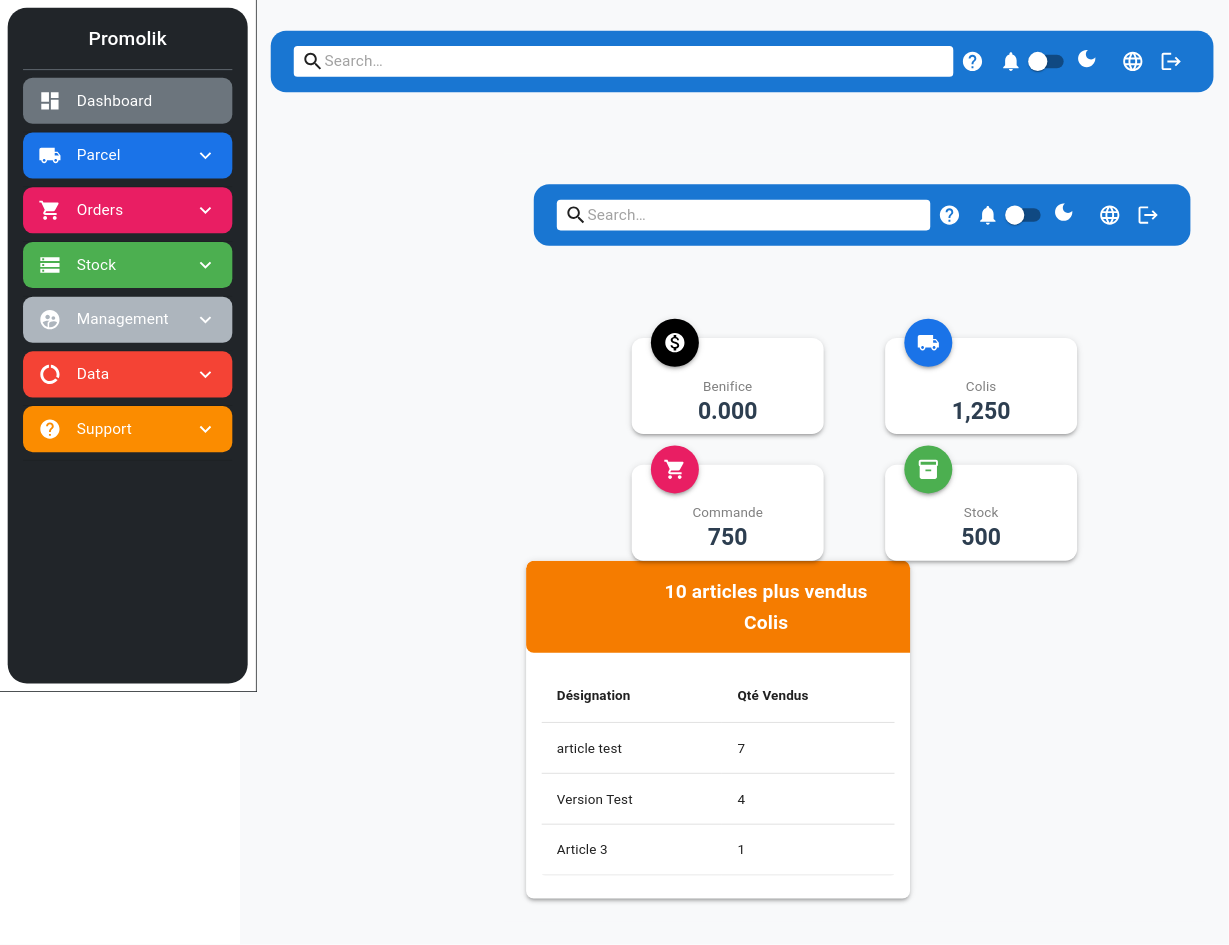
Repository: yosrjdly/stk
Page: /dashboard (app in dashboard/)
These files come from the project's save history. The page is drawn as it stood at one moment and after the next save; the edit follows.
The browser window is 1280 px wide. The pictures show the whole page, at 96% of full size.
The project was rebuilt for these pictures with package versions that can differ from the ones it lists, and the page was loaded fresh each time. The framework's server and built-in components were replaced by stand-ins that run in the browser. Also part of the build but not shown: dashboard/next.config.ts.

Above is the page before, as saved 2025-02-14 18:12:04.

After the next save:
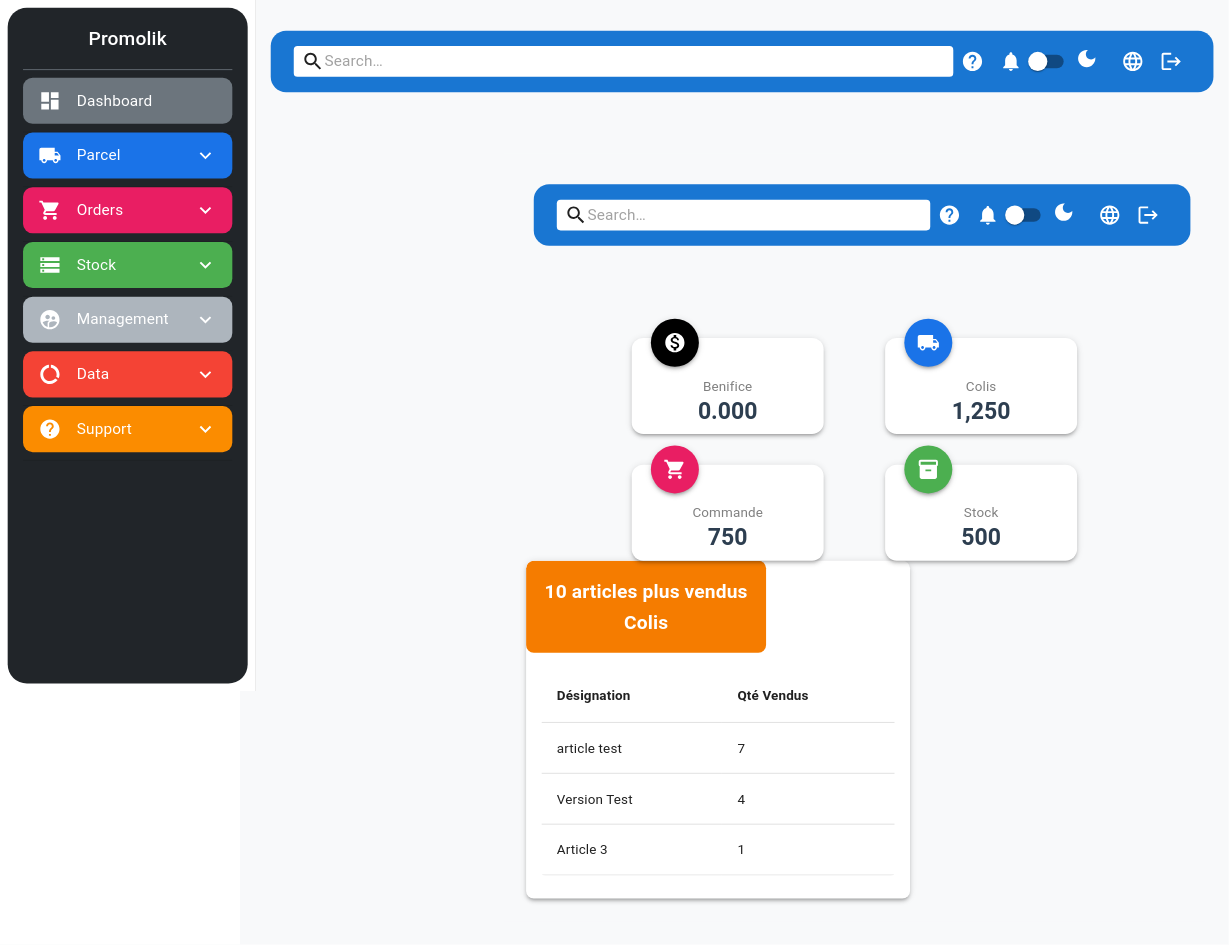
Saved 8 s later.
--- a/dashboard/src/componenets/cards/mediumCard/TopSellingCard.tsx
+++ b/dashboard/src/componenets/cards/mediumCard/TopSellingCard.tsx
@@ -11,7 +11,7 @@ const data = [
 const TopSellingCard = () => {
   return (
     <Card sx={{ maxWidth: 400, borderRadius: 2, boxShadow: 3, overflow: "hidden" }}>
-      <CardContent sx={{ backgroundColor: "#f57c00", color: "white", textAlign: "center", padding: 2 ,borderRadius: 2 ,width:500}}>
+      <CardContent sx={{ backgroundColor: "#f57c00", color: "white", textAlign: "center", padding: 2 ,borderRadius: 2 ,width:250}}>
         <Typography variant="h6" fontWeight="bold">
           10 articles plus vendus
         </Typography>
